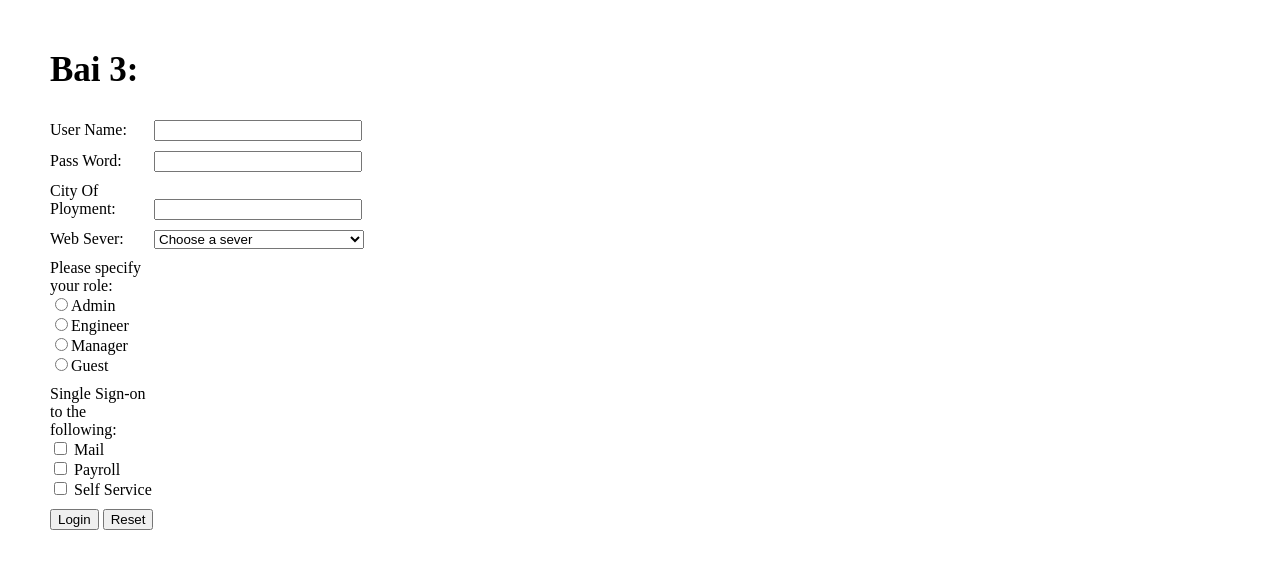
Repository: truongtn04/f8-fullstack-k5
Page: day03/ex03.html
These files come from the project's save history. The page is drawn as it stood at one moment and after the next save; the edit follows.
The browser window is 1280 px wide. The pictures show the whole page.

Above is the page before, as saved 2023-11-27 12:18:46.

### day03/ex03.html
<!DOCTYPE html>
<html lang="en">
<head>
    <meta charset="UTF-8">
    <meta name="viewport" content="width=device-width, initial-scale=1.0">
    <title>Document</title>
    <link rel="stylesheet" href="css/ex03.css">
</head>
<body>
    <b>Bai 3:</b>
    <form action="">
        <div class="form-item">
            <label for="name">User Name:</label>
            <input type="text" required id="name">
        </div>
        <div class="form-item">
            <label for="password">Pass Word:</label>
            <input type="password" id="password" required>
        </div>
        <div class="form-item">
            <label for="city">City Of Ployment:</label>
            <input type="text" id="city" required>
        </div>
        <div class="form-item">
            <label for="sever">Web Sever:</label>
            <select name="" id="sever">
                <option value="1">Choose a sever</option>
                <option value="2">1</option>
                <option value="3">2</option>
                <option value="4">3</option>
            </select>
        </div>
        <div class="form-item form-item__bonus">
            <label>Please specify your role:
            </label>
            <div class="form-item__list">
                <div class="form-item__option">
                    <label><input type="radio">Admin</label>
                </div>
                <div class="form-item__option">
                    <label>
                        <input type="radio">Engineer
                    </label>
                </div>
                <div class="form-item__option">
                    <label>
                        <input type="radio">Manager
                    </label>
                </div>
                <div class="form-item__option">
                    <label>
                        <input type="radio">Guest
                    </label>
                </div>
            </div>
        </div>
        <div class="form-item form-item__bonus">
            <label>Single Sign-on to the following:</label>
            <div class="form-item__list">
                <div class="form-item__option">
                    <label>
                        <input type="checkbox">
                        <span>Mail</span>
                    </label>
                </div>
                <div class="form-item__option">
                    <label>
                        <input type="checkbox">
                        <span>Payroll</span>
                    </label>
                </div>
                <div class="form-item__option">
                    <label>
                        <input type="checkbox">
                        <span>Self Service</span>
                    </label>
                </div>
            </div>
        </div>
        <button>Login</button>
        <button type="reset">Reset</button>
    </form>
</body>
</html>

### day03/css/ex03.css
body{
    margin: 50px 50px;
    width: 700px;
}
b{
    font-size: 35px;
    display: inline-block;
    margin-bottom: 30px;
}
.form-item{
    margin-bottom: 10px;
}
.form-item input{
    width: 200px;
}
.form-item label{
    width: 100px;
    display: inline-block;
}
.form-item__list .form-item__option input{
    width: initial;
}
.form-item__list .form-item__option label{
    width: initial;
}
select{
    width: 210px;
}

After the next save:
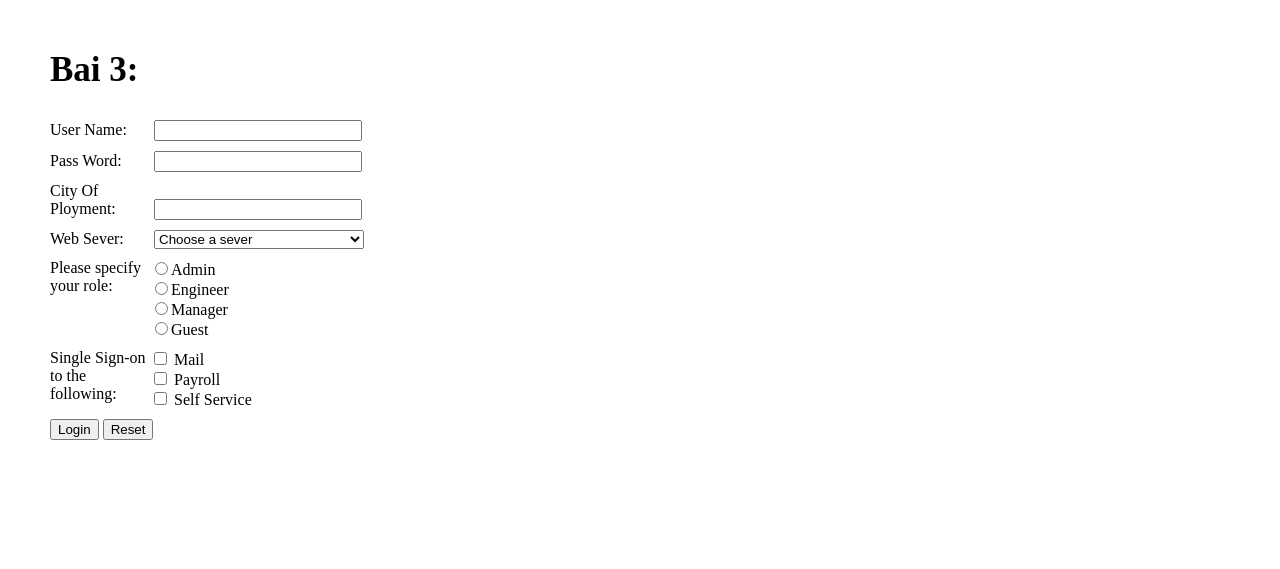
Saved 25 s later.
--- a/day03/css/ex03.css
+++ b/day03/css/ex03.css
@@ -26,3 +26,6 @@ b{
 select{
     width: 210px;
 }
+.form-item__bonus{
+    display: flex;
+}
